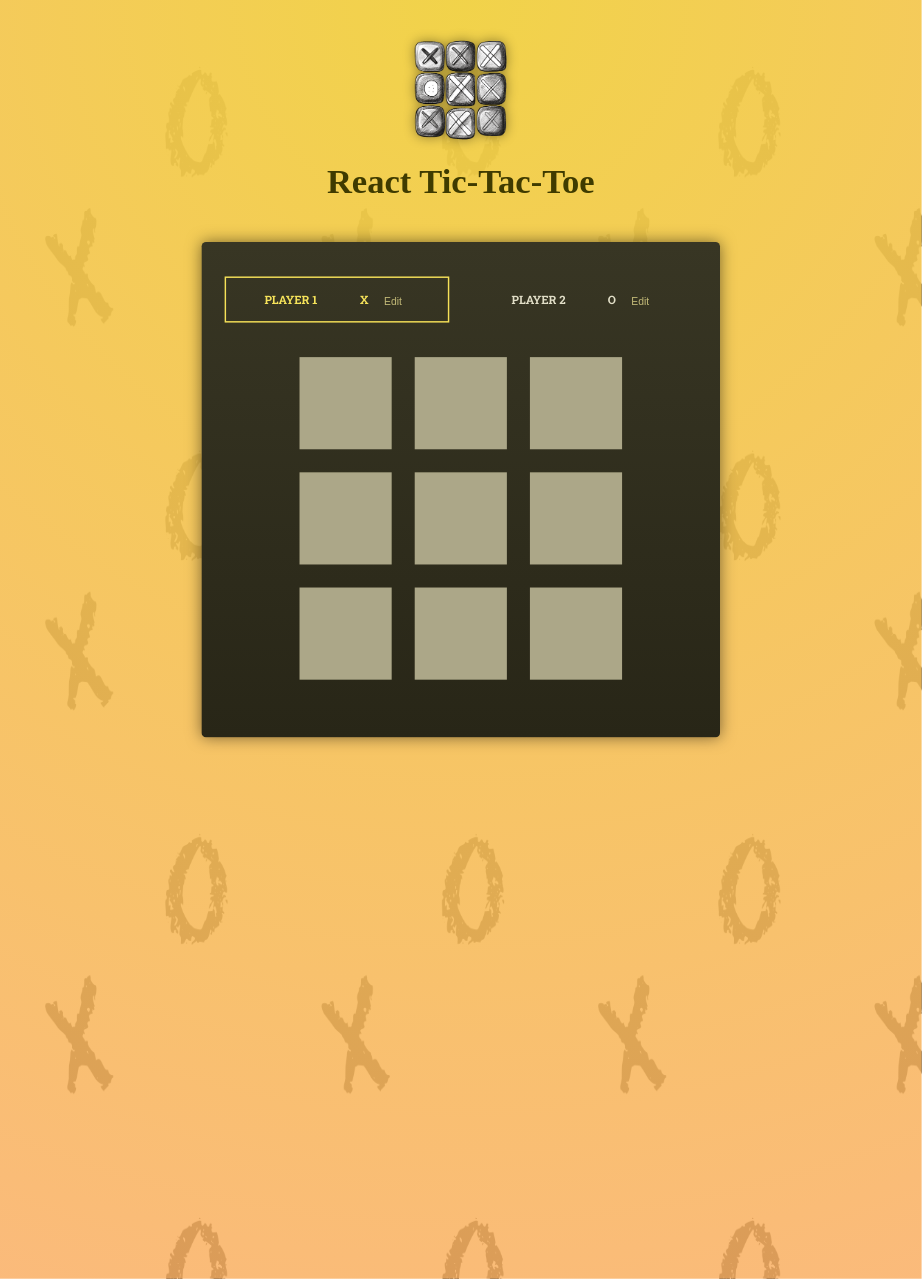
Repository: ooluchi/tic-tac-toe-rprac
Page: /
An editor plug-in stored every save of this project. The page is shown before and after a run of saves, followed by the edit.
The browser window is 1280 px wide. The pictures show the whole page, at 72% of full size.
Some web fonts or font styles are not loaded; a fallback is used. The project was rebuilt for these pictures with package versions that can differ from the ones it lists, and the page was loaded fresh each time. Also part of the build but not shown: vite.config.js.

Above is the page before, as saved 2024-11-05 14:32:27.

After the next 2 saves:
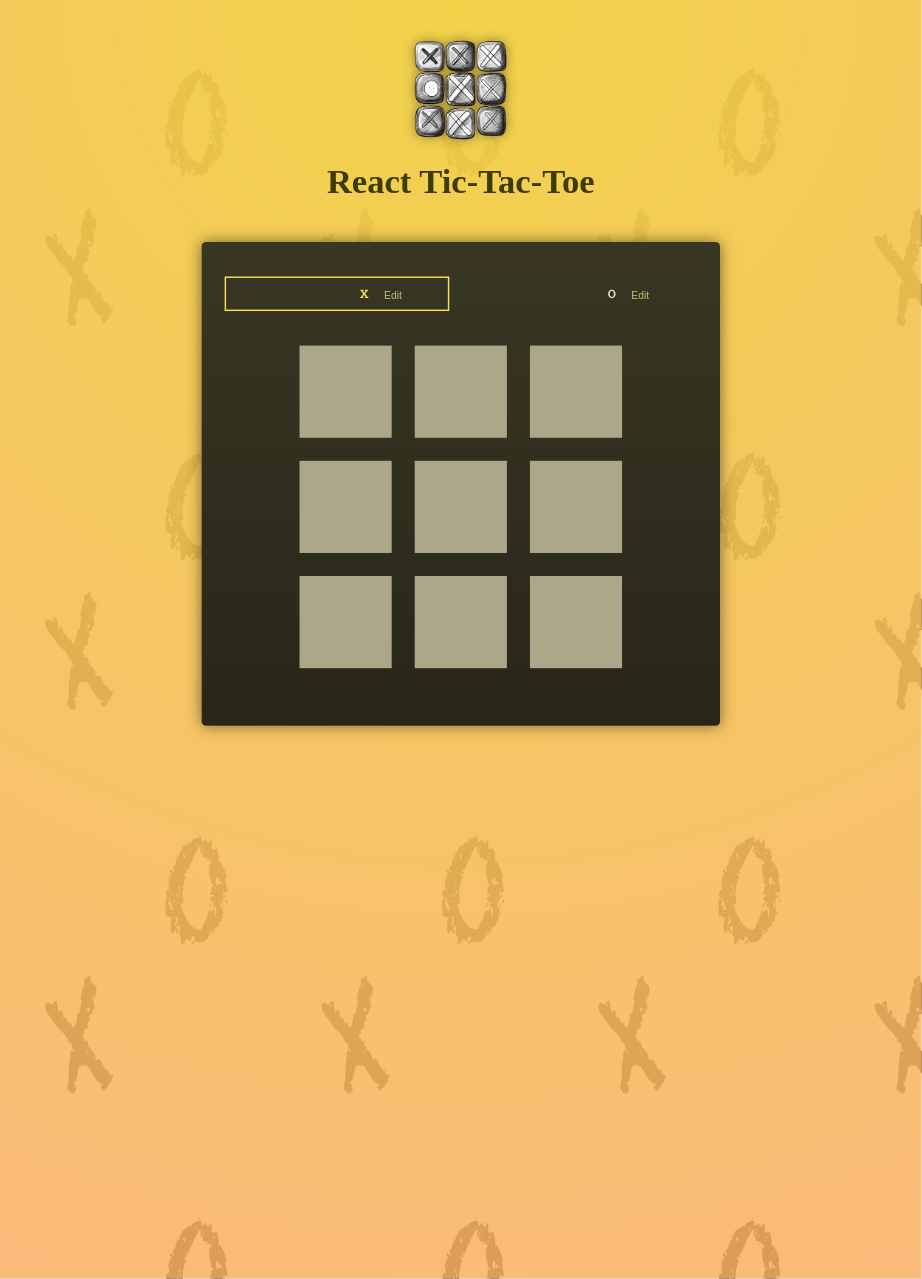
The 2 saves are shown as one change because they came seconds apart.
The last was saved 9 s later.
--- a/src/App.jsx
+++ b/src/App.jsx
@@ -13,8 +13,8 @@
    <main>
     <div id="game-container">
       <ol id="players" className="highlight-player">
-        <Player intialName ="Player 1" symbol="X" isActive={activePlayer === 'X'} />
-        <Player intialName ="Player 2" symbol="O" isActive={activePlayer === 'O'} />
+        <Player initialName ="Player 1" symbol="X" isActive={activePlayer === 'X'} />
+        <Player initialName ="Player 2" symbol="O" isActive={activePlayer === 'O'} />
 
       </ol>
       <GameBoard onSelectSquare={handleSelectSquare} activePlayerSymbol={activePlayer} />
